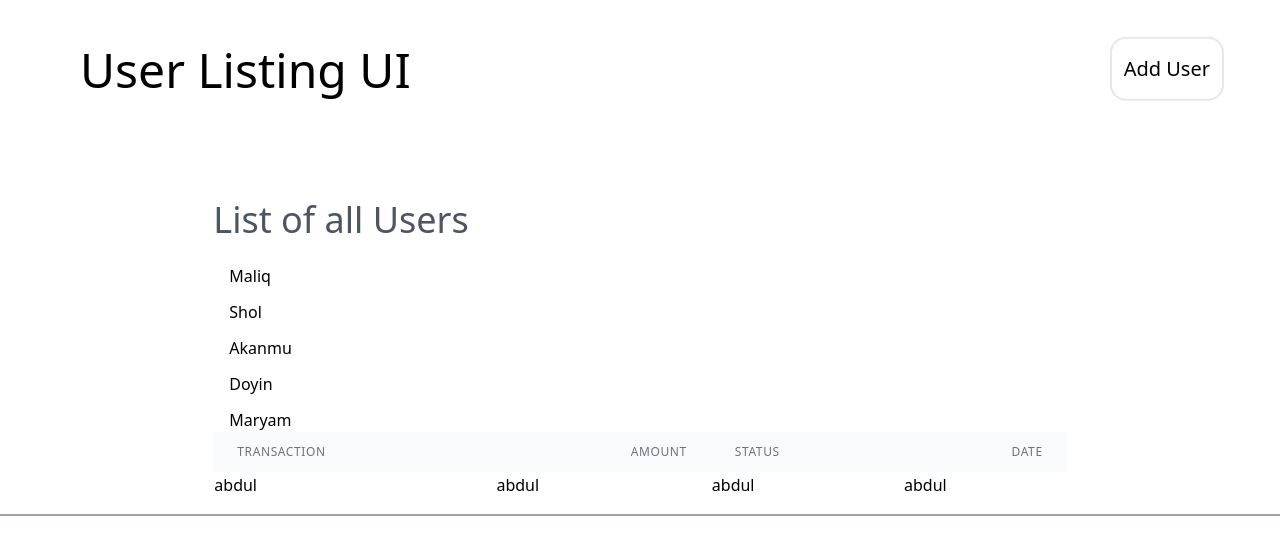
Repository: Marlstergo/listings
Page: / (app in client/)
An editor plug-in stored every save of this project. The page is shown before and after a run of saves, followed by the edit.
The browser window is 1280 px wide. The pictures show the whole page.
The project was rebuilt for these pictures with package versions that can differ from the ones it lists, and the page was loaded fresh each time. Also part of the build but not shown: client/craco.config.js, client/src/components/Loader.js, client/src/components/Order.js, client/src/components/Modal.js. Imported but missing from the stored project, and not drawn on this page: client/src/components/Base, client/src/components/Toppings.

Above is the page before, as saved 2021-07-21 09:27:08.

After the next 5 saves:
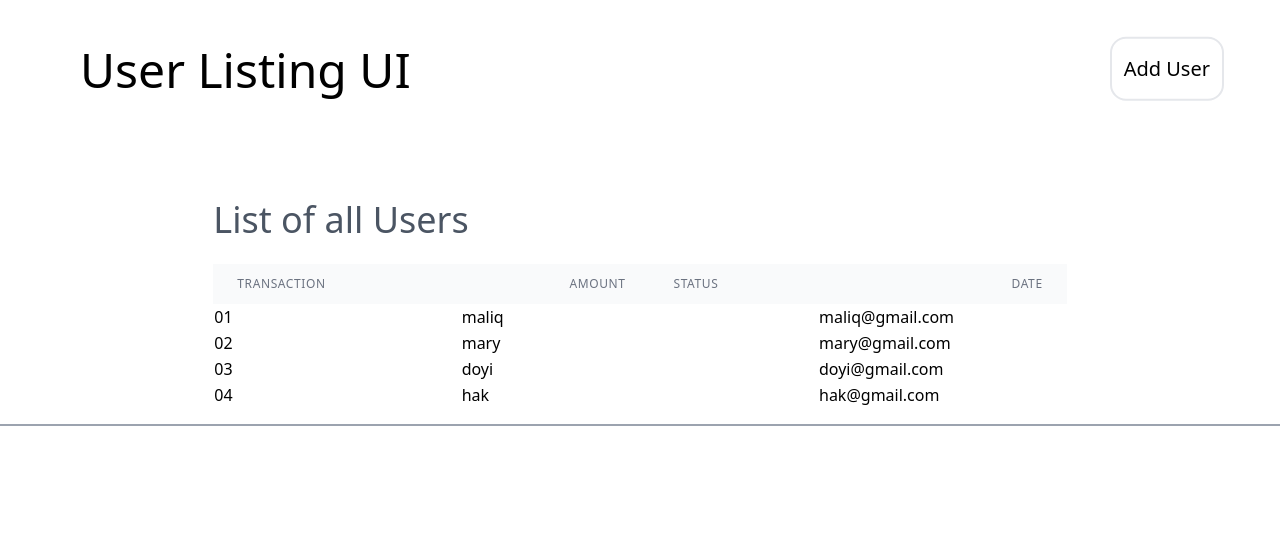
The 5 saves are shown as one change because 4 did not build or start.
The last was saved 5 min 46 s later.
--- a/client/src/components/Home.js
+++ b/client/src/components/Home.js
@@ -2,6 +2,7 @@ import React from "react";
 import { Link } from "react-router-dom";
 import { motion } from "framer-motion";
 import Loader from "./Loader";
+import UserRow from "./UserRow";
 
 
 
@@ -29,7 +30,32 @@ const buttonVariants = {
     }
   }
 }
-const users = ["maliq", "shol", "akanmu", "doyin", "maryam"];
+const users = [
+  {
+    id: '01',
+    name: "maliq",
+    email: "maliq@gmail.com",
+    phone: '08032494874'
+  },
+  {
+    id: '02',
+    name: "mary",
+    email: "mary@gmail.com",
+    phone: '08032494874'
+  },
+  {
+    id: '03',
+    name: "doyi",
+    email: "doyi@gmail.com",
+    phone: '08032494874'
+  },
+  {
+    id: '04',
+    name: "hak",
+    email: "hak@gmail.com",
+    phone: '08032494874'
+  },
+];
 const Home = () => {
   return (
     <motion.div
@@ -42,11 +68,11 @@ const Home = () => {
       <div className="w-2/3 ">
         <h1 className="text-gray-600 py-6 text-4xl">List of all Users</h1>
         <ul className="pl-4 space-y-3 capitalize ">
-          {users.map(
+          {/* {users.map(
             (user , idx) => (
               <li key={idx}>{user}</li>
             )
-          )}
+          )} */}
 
         </ul>
         <table className="min-w-full divide-y divide-gray-200">
@@ -65,20 +91,11 @@ const Home = () => {
                 Date
               </th>
             </tr>
-            <tr>
-              <td>
-                abdul
-              </td>
-              <td>
-                abdul
-              </td>
-              <td>
-                abdul
-              </td>
-              <td>
-                abdul
-              </td>
-            </tr>
+            {
+              users.map((user) =>(
+                <UserRow name={user.name} id={user.id} email={user.email} number={user.phone} />
+              ))
+            }
           </thead>
         </table>
       </div>
